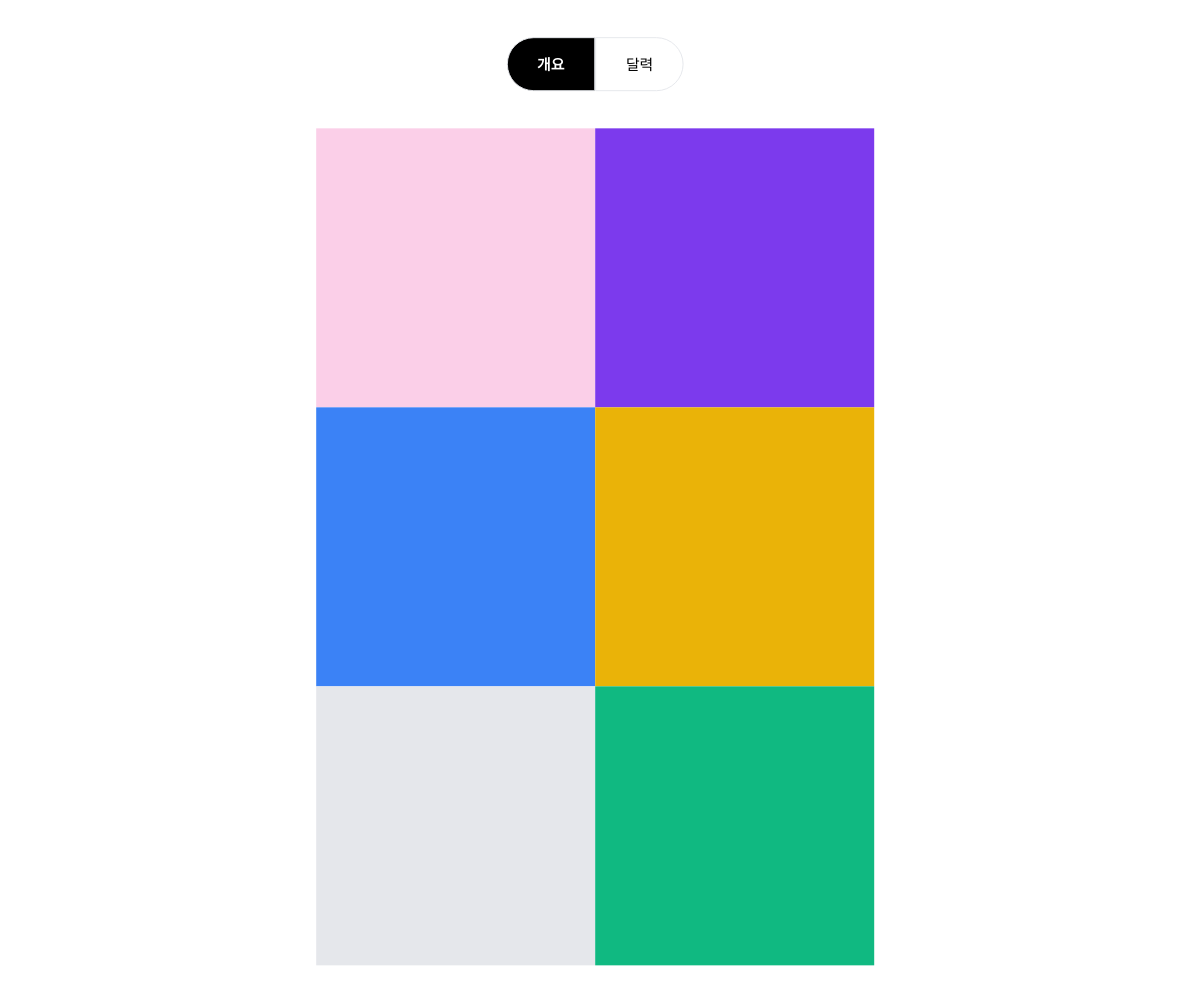
Repository: honey-punch/my-alcohol
Page: /
An editor plug-in stored every save of this project. The page is shown before and after the next save, followed by the edit.
The browser window is 1280 px wide. The pictures show the whole page, at 93% of full size.
The project was rebuilt for these pictures with package versions that can differ from the ones it lists, and the page was loaded fresh each time. The framework's server and built-in components were replaced by stand-ins that run in the browser. Also part of the build but not shown: next.config.ts, src/app/_component/Calendar.tsx.

Above is the page before, as saved 2025-02-10 15:46:44.

### src/app/page.tsx
"use client";

import { useState } from "react";
import Summary from "./_component/Summary";
import Calendar from "./_component/Calendar";

type ViewType = "summary" | "calendar";

export default function Home() {
  // useState
  const [viewType, setViewType] = useState<ViewType>("summary");

  // functions
  function handleChangeViewType() {
    if (viewType === "summary") {
      setViewType("calendar");
    } else {
      setViewType("summary");
    }
  }

  return (
    <div className="w-full flex flex-col items-center p-10 gap-10">
      <div onClick={handleChangeViewType} className="flex">
        <button
          className={`${
            viewType === "summary"
              ? "bg-black text-white font-black"
              : "hover:bg-black/20"
          } rounded-s-full border px-8 py-4 transition-colors`}
        >
          개요
        </button>
        <button
          className={`${
            viewType === "calendar"
              ? "bg-black text-white font-black"
              : "hover:bg-black/20"
          } rounded-e-full border px-8 py-4 transition-colors`}
        >
          달력
        </button>
      </div>
      {viewType === "summary" ? <Summary /> : <Calendar />}
    </div>
  );
}

### src/app/_component/Summary.tsx
const BOX_SIZE = 300;

export default function Summary() {
  const today = new Date();

  // TODO - DB에서 받아온 술마신 날들 중 가장 마지막 날
  const lastDay = new Date("2025-02-08T22:00:00");

  function getTimeDiff() {
    const diffMs = Math.abs(today.getTime() - lastDay.getTime());
    const hours = Math.floor(diffMs / (1000 * 60 * 60));
    const minutes = Math.floor((diffMs % (1000 * 60 * 60)) / (1000 * 60));

    return `${hours}시간 ${minutes}분`;
  }

  function getDayDiff() {
    const diffMs = Math.abs(today.getTime() - lastDay.getTime());
    const days = Math.floor(diffMs / (1000 * 60 * 60 * 24));

    return `${days}일 `;
  }

  console.log(getTimeDiff());
  console.log(getDayDiff());

  return (
    <div className="grid grid-cols-2">
      <div
        style={{ width: `${BOX_SIZE}px`, height: BOX_SIZE }}
        className="bg-pink-200 text-white"
      ></div>
      <div
        style={{ width: `${BOX_SIZE}px`, height: BOX_SIZE }}
        className="bg-violet-600 text-white"
      ></div>
      <div
        style={{ width: `${BOX_SIZE}px`, height: BOX_SIZE }}
        className="bg-blue-500 text-white"
      ></div>
      <div
        style={{ width: `${BOX_SIZE}px`, height: BOX_SIZE }}
        className="bg-yellow-500 text-white"
      ></div>
      <div
        style={{ width: `${BOX_SIZE}px`, height: BOX_SIZE }}
        className="bg-gray-200 text-white"
      ></div>
      <div
        style={{ width: `${BOX_SIZE}px`, height: BOX_SIZE }}
        className="bg-emerald-500 text-white"
      ></div>
    </div>
  );
}

Loaded but not shown: src/app/layout.tsx (common file); src/app/globals.css (common file); tailwind.config.ts (common file)

After the next save:
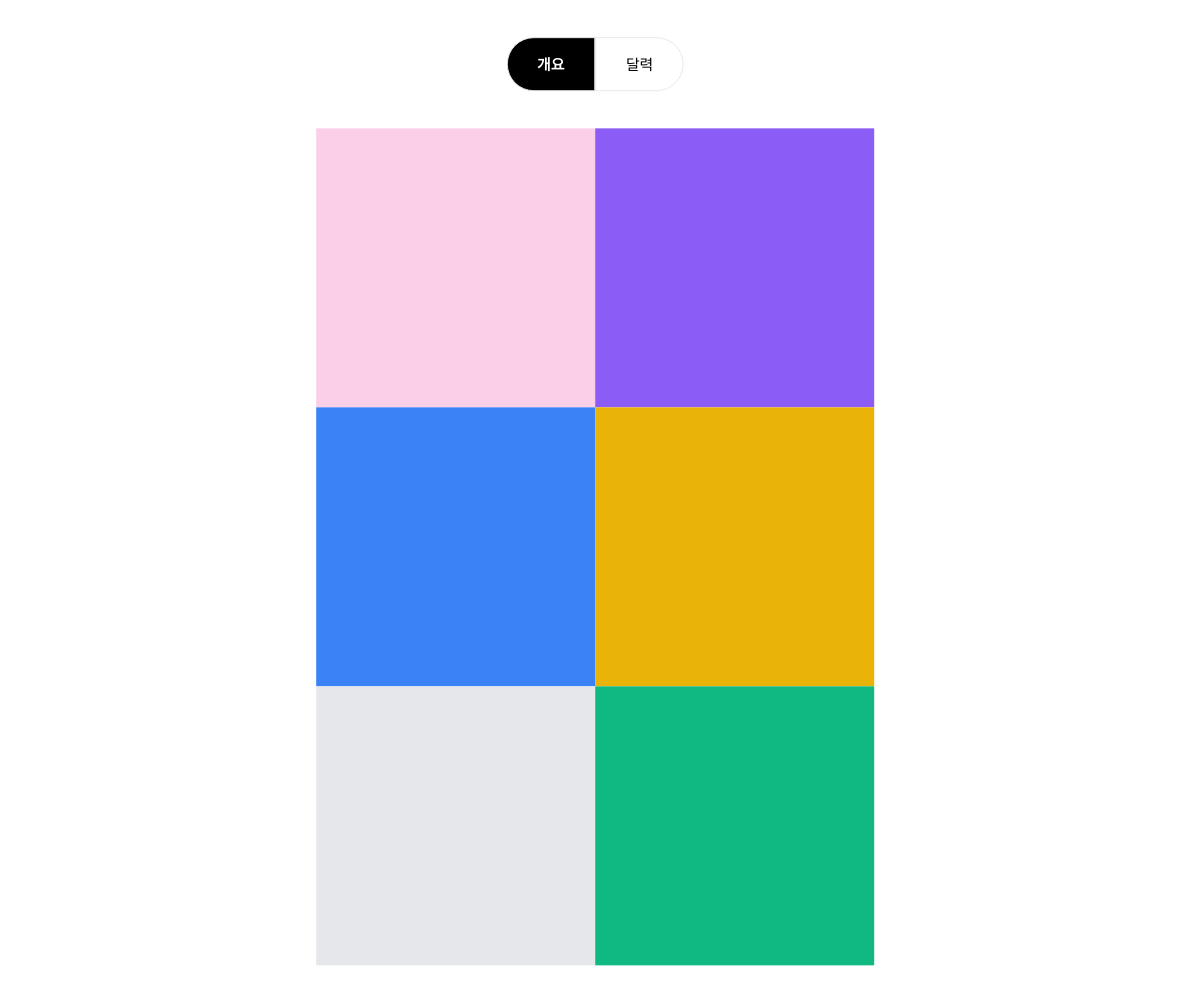
Saved 4 s later.
--- a/src/app/_component/Summary.tsx
+++ b/src/app/_component/Summary.tsx
@@ -32,7 +32,7 @@ export default function Summary() {
       ></div>
       <div
         style={{ width: `${BOX_SIZE}px`, height: BOX_SIZE }}
-        className="bg-violet-600 text-white"
+        className="bg-violet-500 text-white"
       ></div>
       <div
         style={{ width: `${BOX_SIZE}px`, height: BOX_SIZE }}
